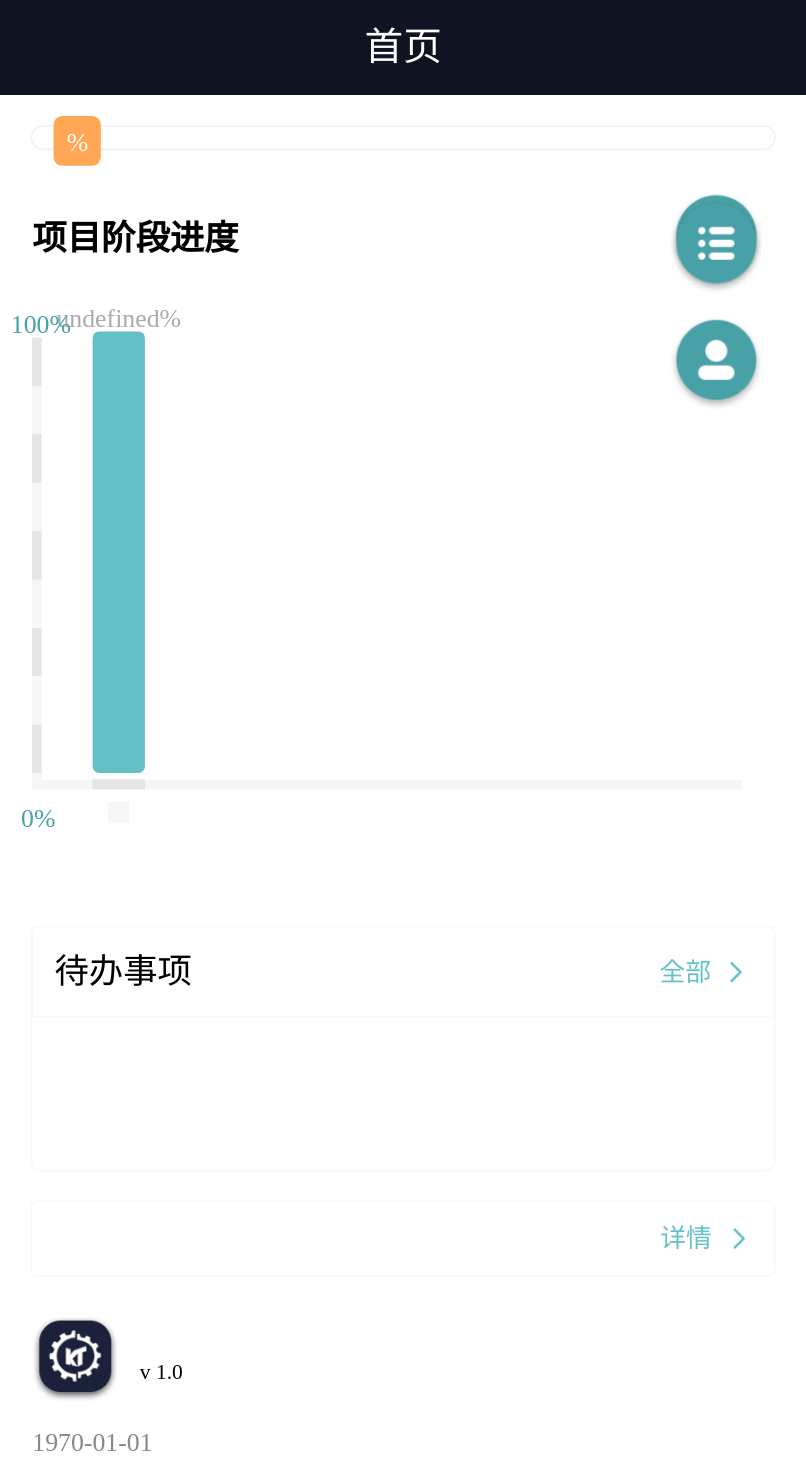
Repository: 421538074/idash.top
Page: index.html
The author's editor kept a copy of each file at every save. The page is drawn from the files as they stood at one save, then again after the next save.
The browser window is 1280 px wide. The pictures show the whole page, at 63% of full size.
The page's requests for data from a server got no answer.

Above is the page before, as saved 2019-05-20 17:21:53.

### index.html
<!DOCTYPE html>
<html lang="en">

<head>
    <meta charset="UTF-8">
    <meta content="width=device-width, initial-scale=1.0, maximum-scale=1.0, user-scalable=0;" name="viewport" />
    <meta http-equiv="X-UA-Compatible" content="ie=edge">
    <title>客户查询系统</title>
    <link rel="stylesheet" href="css/components.css">
    <link rel="stylesheet" href="css/reset.css">
    <link rel="stylesheet" href="css/index.css?v=1.0.0">
</head>

<body>
    <div id="app" v-cloak>
        <div class="index_header">
            <span>首页</span>
        </div>
        <cy-bar :num="rate +'%'"></cy-bar>
        <div class="sheet">
            <h4>项目阶段进度</h4>
            <div id="project-progress">
                <cp-cylind :percent-list="percentList" @go-detail="goDetail(arguments)"></cp-cylind>
            </div>
        </div>

        <div class="nav">
            <div class="nav_top">
                <p v-cloak>待办事项</p>
                <div class="nav_top_more" @click="projectDetail">
                    <span>全部</span>
                    <img src="img/右.png" alt="">
                </div>
            </div>
            <div class="nav_bot">
                <ul class="uu">
                    <li class="lis" v-for="(item,index) in arr">
                        <span></span>
                        <span class="liSpan" v-cloak>【{{item.process}}】<i>{{item.handle_status==1?"待处理":"完成"}}</i>-{{item.question}}</span>
                    </li>
                </ul>
                <div class="index_one">暂无待办事项</div>
            </div>
        </div>
        <div class="project-info-wrapper">
            <p class="project-title" v-cloak>{{title}}</p>
            <a href="javascript:;" @click="goInfo" class="project-detail">详情</a>
            <img src="img/右.png" class="arrow-right">
        </div>
        <div class="content">
            <div class="content_logo">
                <img src="img/logo.png" alt="">
                <span>v 1.0</span>
            </div>
            <p v-cloak>{{title}}</p>
            <p v-cloak>{{end_time | filterTime}}</p>

        </div>

        <div class="content_title" @click="requireChange">
        </div>
        <div class="content_btn">
            <p @click="goIndex"></p>
            <p @click="goUser"></p>
        </div>
    </div>
</body>
<script src="js/jquery.min.js"></script>
<script src="js/development/vue.js"></script>
<script src="js/components.js"></script>
<script src="js/api.js"></script>
<script src="js/index.js"></script>
<script src="http://res.wx.qq.com/open/js/jweixin-1.2.0.js"></script>
</html>

### css/components.css
* {
    -webkit-box-sizing: border-box;
    box-sizing: border-box;
}

[v-cloak] {
    display: none;
}

html,
body {
    font-size: calc(100vw / 25);
    background-color: #FFFFFF;
}

/**
*根组件app
*/
.container {
    padding: 1rem;
    line-height: 1rem;
}

/**
*返回键
*/
button.cp-back {
    border: none;
    background: url(../img/back1.png) no-repeat;
    background-size: 100%;
    width: 4rem;
    height: 4rem;
    display: -webkit-box;
    display: -ms-flexbox;
    display: flex;
    -webkit-box-align: center;
    -ms-flex-align: center;
    align-items: center;
    -webkit-box-pack: center;
    -ms-flex-pack: center;
    justify-content: center;
    position: fixed;
    left: 1rem;
    bottom: 1rem;
    outline: 0;
}

/**
*tab页
*/
ul.cp-tabbar {
    display: block;
    overflow-x: scroll;
    overflow-y: hidden;
    white-space: nowrap;
}

ul.cp-tabbar::-webkit-scrollbar {
    width: 0;
    height: 0;
}

li.cp-tabbar-item {
    background: #f6f6f6;
    color: #888888;
    padding: 0.8rem 1.2rem;
    border-radius: 0.5rem;
    font-size: 1rem;
    display: inline-block;
}

li.cp-tabbar-item.active {
    background: #65c0c6;
    color: #FFFFFF;
}

li.cp-tabbar-item:not(:first-child) {
    margin-left: 1rem;
}

/**
*项目列表
*/
ul.cp-list::-webkit-scrollbar {
    width: 0;
    height: 0;
}

ul.cp-list {
    height: calc(100vh - 5.2rem);
    overflow: scroll;
    margin-top: 0.2rem;
    padding: 0.2rem;
}

li.cp-list-item {
    display: -webkit-box;
    display: -ms-flexbox;
    display: flex;
    -webkit-box-align: center;
    -ms-flex-align: center;
    align-items: center;
}

img.item-icon {
    width: 2.5em;
}

li.cp-list-item.arrow-right {
    background: url(../img/arrow-right.png) no-repeat;
    background-position: 98%;
    background-size: 0.8em;
    padding: 1em 0.5em;
    -webkit-box-shadow: 0 0 4px 0 rgba(0, 0, 0, 0.20);
    box-shadow: 0 0 4px 0 rgba(0, 0, 0, 0.20);
    border-radius: 0.5em;
    margin-top: 1em;
}

li.cp-list-item:active {
    background-color: #f6f6f6;
}

p.item-title {
    font-size: 1.2em;
    padding-left: 1em;
    overflow: hidden;
    text-overflow: ellipsis;
    line-height: 1.5em;
    white-space: nowrap;
    padding-right: 1em;
}

/**
*柱形图
*/
.cp-cylind {
    width: 100%;
    height: 14em;
    position: relative;
    border: 0.3em solid #f6f6f6;
    border-top: 0;
    border-right: 0;
    border-color: #f6f6f6;
}

.cp-cylind-bottom {
    position: absolute;
    line-height: 0;
    height: 0.3em;
    bottom: -0.2em;
    width: 100%;
}

.cp-cylind-bottom-thumb {
    width: 8%;
    background-color: #e5e5e5;
    height: 100%;
    display: inline-block;
    margin-left: 6%;
}

.cp-cylind-left {
    height: 100%;
    width: 0.3em;
    position: absolute;
    left: -0.3em;
    top: 0;
}

.cp-cylind-left-thumb {
    width: 100%;
    height: 1.5em;
    margin-bottom: 1.5em;
    background: #e5e5e5;
    display: block;
}

span.cp-cylind-per-top {
    position: absolute;
    left: -1.2em;
    z-index: 11;
    top: -1em;
    color: #48A1A7;
    font-size: 0.8em;
    line-height: 1em;
}

span.cp-cylind-per-bottom {
    position: absolute;
    bottom: -2em;
    left: -0.8em;
    color: #48A1A7;
    font-size: 0.8em;
    line-height: 1em;
}

.cp-cylind-chart-scroll-container {
    height: 17em;
    top: -1em;
    position: relative;
    overflow: hidden;
    overflow-x: scroll;
    white-space: nowrap;
}

.cp-cylind-chart-item {
    display: inline-block;
    width: 10%;
    margin-left: 6%;
    height: 100%;
    text-align: center;
}

.cp-cylind-item-percent {
    height: 100%;
    background: #65C0C6;
    width: 75%;
    border-radius: 0.2em;
}

.cp-cylind-item-container {
    height: 14.5em;
    display: flex;
    flex-direction: column;
    justify-content: flex-end;
    align-items: center;
}

.cp-cylind-thumb {
    width: 75%;
    height: 0.3em;
    background: #e5e5e5;
    margin: 0 auto;
    margin-top: 0.2em;

}

.cp-cylind-chart-scroll-container::-webkit-scrollbar {
    width: 0;
    height: 0;
}

.cp-cylind-item-title {
    display: inline-block;
    background: #F6F6F6;
    padding: 0.4em;
    font-size: 0.8em;
    margin-top: 0.5em;
}

span.cp-cylind-item-percent-title {
    font-size: 0.8em;
    color: #AAAAAA;
}

span.cp-cylind-item-percent-title.not-full {
    color: #000000;
}

### css/reset.css
/* http://meyerweb.com/eric/tools/css/reset/
   v2.0 | 20110126
   License: none (public domain)
*/

html,
body,
div,
span,
applet,
object,
iframe,
h1,
h2,
h3,
h4,
h5,
h6,
p,
blockquote,
pre,
a,
abbr,
acronym,
address,
big,
cite,
code,
del,
dfn,
em,
img,
ins,
kbd,
q,
s,
samp,
small,
strike,
strong,
sub,
sup,
tt,
var,
b,
u,
i,
center,
dl,
dt,
dd,
ol,
ul,
li,
fieldset,
form,
label,
legend,
table,
caption,
tbody,
tfoot,
thead,
tr,
th,
td,
article,
aside,
canvas,
details,
embed,
figure,
figcaption,
footer,
header,
hgroup,
menu,
nav,
output,
ruby,
section,
summary,
time,
mark,
audio,
video {
	margin: 0;
	padding: 0;
	border: 0;
	font-size: 100%;
	font: inherit;
	vertical-align: baseline;
}

/* HTML5 display-role reset for older browsers */
article,
aside,
details,
figcaption,
figure,
footer,
header,
hgroup,
menu,
nav,
section {
	display: block;
}

body {
	line-height: 1;
}

ol,
ul {
	list-style: none;
}

blockquote,
q {
	quotes: none;
}

blockquote:before,
blockquote:after,
q:before,
q:after {
	content: '';
	content: none;
}

table {
	border-collapse: collapse;
	border-spacing: 0;
}




* {
	padding: 0;
	margin: 0;
	list-style: none;
}

html,
body {
	-moz-user-select: none;
	-khtml-user-select: none;
	user-select: none;
	background: white;
}

body,
html {
	font-size: calc(100vw / 3.75);
}


[v-cloak] {
	display: none;
}

### css/index.css
.index_header {
    height: 0.44rem;
    font-size: 0.18rem;
    color: white;
    text-align: center;
    line-height: 0.44rem;
    background: #0F1322;
    position: fixed;
    top: 0;
    width: 100%;
    z-index: 111;
}


/* 图表 */
.sheet {
    width: 3.6rem;
    height: 3.31rem;
}

.nav {
    width: 3.45rem;
    height: 1.13rem;
    background: rgba(255, 255, 255, 1);
    box-shadow: 0px 0px 4px 0px rgba(0, 0, 0, 0.1);
    border-radius: 0.04rem;
    margin: 0 auto;
}

.nav_top {
    height: 0.42em;
    display: flex;
    align-items: center;
    justify-content: space-between;
    border: 1px solid #F6F6F6;
}

.nav_top p {
    font-size: 0.16rem;
    font-family: PingFangSC-Medium;
    font-weight: 500;
    color: rgba(0, 0, 0, 1);
    line-height: 0.22rem;
    margin-left: 0.1rem;
}

.nav_top_more {
    font-size: 0.12rem;
    margin-right: 0.11rem;
    display: flex;
    align-items: center;
}

.nav_top_more span {
    font-size: 0.12rem;
    font-family: PingFangSC-Regular;
    font-weight: 400;
    color: rgba(101, 192, 198, 1);
    line-height: 0.17rem;
    margin-right: 0.04rem;
}

.nav_top_more img {
    width: 0.14rem;
    height: 0.14rem;
}


.nav_bot ul {
    padding: 0.1rem 0 0 0.1rem;
}

.nav_bot ul li {
    font-size: 0.14rem;
    font-family: PingFangSC-Regular;
    font-weight: 400;
    color: rgba(136, 136, 136, 1);
    line-height: 0.2rem;
    margin-bottom: 0.1rem;
    display: flex;
    align-items: center;
}

.nav_bot ul li span:nth-child(1) {
    display: inline-block;
    width: 0.08rem;
    height: 0.08rem;
    background: rgba(255, 167, 85, 1);
    border-radius: 0.02rem;
    margin-right: 0.1rem;
}

/* content */
.content {
    margin: 0.19rem 0 0 0.15rem;
}

.content_logo {
    font-size: 0.1rem;
    position: relative;
    height: 0.4rem;
}

.content_logo img {
    width: 0.4rem;
    height: 0.4rem;
    border-radius: 0.06rem;
}

.content_logo span {
    font-size: 0.1rem;
    font-family: PingFangSC-Regular;
    font-weight: 400;
    color: rgba(0, 0, 0, 1);
    line-height: 0.14rem;
    position: absolute;
    top: 0.19rem;
    left: 0.5rem;
}

.content p:nth-child(2) {
    font-size: 0.16rem;
    font-family: PingFangSC-Regular;
    font-weight: 400;
    color: rgba(0, 0, 0, 1);
    line-height: 0.25rem;
    margin-top: 0.1rem;
}

.content p:nth-child(3) {
    font-size: 0.12rem;
    font-family: PingFangSC-Regular;
    font-weight: 400;
    color: #888888;
    line-height: 0.17rem;
}

.content_pre {
    background: #ffffff;
    box-shadow: 0 0 4px 0 rgba(0, 0, 0, 0.20);
    border-radius: 0.27rem;
    width: 3.45rem;
    height: 0.1rem;
    /* position: relative; */
    /* display: flex; */

}

.content_bar {
    width: 0%;
    height: 0.1rem;
    border-radius: 0.1rem;
    background: #86d4d9;
    border-radius: 0.27rem;
    float: left;
}

.content_bot {
    display: flex;
    margin: 0.59rem 0.15rem 0.31rem 0.15rem;
}

.content_bot span {
    font-size: 0.12rem;
    font-family: PingFangSC-Medium;
    font-weight: 500;
    color: white;
    margin: 0 0 0 0.1rem;
    float: left;
    background: #ffa755;
    border-radius: 0.04rem;
    text-align: center;
    line-height: 0.2rem;
    padding: 0.02rem 0.06rem 0.01rem 0.06rem;
    position: relative;
    top: -0.05rem;
}

.content_btn {
    position: fixed;
    right: 0.2rem;
    bottom: 0.2rem;
}

.content_btn p:nth-child(1) {
    width: 0.44rem;
    height: 0.44rem;
    background: url(../img/下拉.png)no-repeat;
    background-size: 100% 100%;
}

.content_btn p:nth-child(2) {
    width: 0.44rem;
    height: 0.44rem;
    background: url(../img/个人信息.png)no-repeat;
    background-size: 100% 100%;
    margin-top: 0.1rem;
}

.content_title {
    width: 0.44rem;
    height: 0.44rem;
    background: url(../img/文件.png)no-repeat;
    background-size: 100% 100%;
    position: fixed;
    right: 0.2rem;
    top: 0.89rem;
}


div#project-progress {
    font-size: calc(100vw / 25);
    padding: 1em;
}

.sheet h4 {
    font-size: 0.16rem;
    font-family: PingFangSC-Medium;
    font-weight: 600;
    color: rgba(0, 0, 0, 1);
    line-height: 0.22rem;
    margin: 0 0 0.2rem 0.15rem;
}

.uu .lis .liSpan i {
    color: red;
}

.liSpan {
    width: 2.5rem;
    overflow: hidden;
    text-overflow: ellipsis;
    white-space: nowrap;
}


.index_one {
    font-size: 0.16rem;
    color: gray;
    text-align: center;
    margin-top: 0.22rem;
    display: none;
}


.infor {
    font-family: PingFangSC-Regular;
    font-size: 0.12rem;
    color: #ffffff;
    text-align: left;
    background: #ffa755;
    border-radius: 0.04rem;
    padding: 0.02rem 0.06rem;
    margin-right: 0.07rem;
}
.project-info-wrapper {
    display: flex;
    align-items: center;
    justify-content: space-between;
    box-shadow: 0px 0px 4px 0px rgba(0, 0, 0, 0.1);
    padding: 0.1rem;
    margin: 0.15rem;
    border-radius: 0.02rem;
}
p.project-title {
    color: #000000;
    font-size: 0.16rem;
}
a.project-detail {
    font-size: 0.12rem;
    font-family: PingFangSC-Regular;
    font-weight: 400;
    color: rgba(101, 192, 198, 1);
    line-height: 0.17rem;
    margin-right: 0.04rem;
    text-decoration: none;
    position: absolute;
    right: 0.4rem;
}
img.arrow-right {
    width: 0.14rem;
    height: 0.14rem;
}

### js/components.js
//返回键
const backButton = {
    name: 'cp-back',
    template: `
        <button class="cp-back" @click="goBack"></button>
    `,
    methods: {
        goBack() {
            history.go(-1);
        }
    }
};

//tab页
const tabBar = {
    name: 'cp-tabbar',
    props: ['bar-list'],
    template: `
        <ul class="cp-tabbar">
            <li v-for="(item,index) in barList" v-cloak :key="item.id" @click="switchTab(index,item.id)" :class="{'cp-tabbar-item':true,active:index == currentIndex}"> {{item.process}} </li>
        </ul>
    `,
    data() {
        return {
            currentIndex: 0,
        }
    },
    methods: {
        switchTab(index, id) {
            console.log(index)
            if (index != this.currentIndex) {
                this.currentIndex = index;
                this.$emit('get-list', id);
            }
        }
    },
    created() {
        if (sessionStorage.getItem('numId') == null) {
            this.currentIndex = 0
        } else {
            this.currentIndex = sessionStorage.getItem('numId')
        }

    }
}


//列表
const itemList = {
    name: 'cp-itemlist',
    props: ['item-list', 'icon'],
    template: `
        <ul class="cp-list">
            <li @click="getDetail(item.id,$event)" v-for="(item,index) in itemList" class="cp-list-item arrow-right">
                <img :src="icon" class="item-icon"/>
                <p v-cloak class="item-title">{{item.title}}</p>
            </li>
        </ul>
    `,
    data() {
        return {
            tempList: this.itemList
        }
    },
    methods: {
        getDetail(itemId) {

        }
    },
    watch: {
        tempList() {
            this.$emit('scroll-to-top', document.querySelector('.cp-list'));
        }
    },
}

//柱形图
const cylindricalGraph = {
    name: 'cp-cylind',
    props: ['percentList'],
    template: `
        <div class="cp-cylind">
            <span class="cp-cylind-per-top">100%</span>
            <div class="cp-cylind-chart-scroll-container">
                <div class="cp-cylind-chart-item" v-for="(item,index) in percentList">
                    <div class="cp-cylind-item-container">
                        <span class="cp-cylind-item-percent-title" :class="{'not-full':parseInt(item.percent) < 100}" v-cloak>{{item.percent+'%'}}</span>
                        <div class="cp-cylind-item-percent" :style="item.percent+'%' | filterHeight"></div>
                    </div>
                    <div class="cp-cylind-thumb"></div>
                    <div @click="goDetail(item.id,index)" class="cp-cylind-item-title" v-cloak>{{item.process}}</div>
                </div>
            </div>
            <div class="cp-cylind-left">
                <div v-for="n in 5" class="cp-cylind-left-thumb"></div>
            </div>
            <span class="cp-cylind-per-bottom">0%</span>
        </div>
    `,
    data() {
        return {

        }
    },
    methods: {
        goDetail(id, index) {
            this.$emit("go-detail", id, index)
        }
    },
    filters: {
        filterHeight(chartHeight) {
            if (chartHeight == '0%') {
                chartHeight = '2%';
            }
            return {
                height: `${chartHeight}`
            }
        }
    }
}





// 进度条
const projectBar = {
    name: 'cy-bar',
    props: ['num'],
    template: `
    <div class="content_bot">
        <div class="content_pre">
            <div class="content_bar"  :style="num | filterWidth"></div>
            <span>{{num}}</span>
        </div>
    </div>
    `,
    data() {
        return {}
    },
    filters: {
        filterWidth(chartWidth) {
            if (chartWidth == '0%') {
                chartWidth = '0%';
            }
            return {
                width: `${chartWidth}`
            }
        }
    }
}


// indexList
const Bar = {
    name: 'cy-bar',
    props: ['bar'],
    template: `
    <div class="process_wrap">
        <div class="process">
            <div class="bar"  :style="bar | filterWidth"></div>
            <span class="per">{{bar}}</span>
        </div>
    </div>
    `,
    data() {
        return {}
    },
    filters: {
        filterWidth(chartWidth) {
            if (chartWidth == '0%') {
                chartWidth = '0%';
            }
            return {
                width: `${chartWidth}`
            }
        }
    },
}



// projectDetail
const project = {
    name: 'cy-project',
    props: ['bar'],
    template: `
    <div class="project_per">
            <div class="bar"  :style="bar | filterWidth"></div>
            <span >{{bar}}</span>
    </div>
    `,
    data() {
        return {}
    },
    filters: {
        filterWidth(chartWidth) {
            if (chartWidth == '0%') {
                chartWidth = '0%';
            }
            return {
                width: `${chartWidth}`
            }
        }
    },
}



























































//===================================other functoin=====================================
/**
 * 滚动到顶部方法
 */
function scrollToTop(e) {
    const scrollTop = e.scrollTop;
    const interval = setInterval(function () {
        if (e.scrollTop <= 0) {
            clearInterval(interval);
            return;
        }
        e.scrollTop -= scrollTop / 5;
    }, 20);
}

### js/api.js
var api = "http://program.pzhkj.cn/index/api/kangtian"





function getUrlKey(name) {
    return decodeURIComponent((new RegExp('[?|&]' + name + '=' + '([^&;]+?)(&|#|;|$)').exec(location.href) || [, ""])[1].replace(/\+/g, '%20')) || null
}

### js/index.js
var xm = new Vue({
    el: "#app",
    data: {
        id: '',
        title: '',
        start_time: '',
        end_time: '',
        demand: '',
        graph: '',
        design: '',
        fronted: '',
        backer: '',
        test: '',
        check: '',
        percentList: ['aaaaaaaa'],
        rate: '',
        arr: '',
        staus: ['需求', '原型', '设计', '前端', '后台', '测试', '验收']
    },
    methods: {
        goUser() {
            window.location.href = "userInfo.html"
        },
        goIndex() {
            window.location.href = "indexList.html"
        },
        projectDetail() {
            var Pid = this.percentList[0].id
            if (getUrlKey('program_id') == null) {
                this.program_id = 10
            } else {
                this.program_id = getUrlKey('program_id')
            }
            window.location.href = `projectDetail.html?program_id=${this.program_id}&process_id=${Pid}`
        },
        requireChange() {
            if (getUrlKey('program_id') == null) {
                this.program_id = 10
            } else {
                this.program_id = getUrlKey('program_id')
            }
            window.location.href = `projectDetail1.html?program_id=${this.program_id}`
        },

        goDetail(id) {
            var process_id = id[0]
            var ids = id[1]
            sessionStorage.setItem('numId', ids)
            console.log(id[1])
            window.location.href = `projectDetail.html?program_id=${this.program_id}&process_id=${process_id}`
        },
        goInfo() { //跳转项目信息
            window.location.href = "info.html?program_id=" + getUrlKey('program_id')
        }
    },
    components: {
        "cp-cylind": cylindricalGraph,
        "cy-bar": projectBar,
    },
    filters: {
        filterTime(time) {
            var date = new Date(time * 1000);
            var year = date.getFullYear();
            var month = date.getMonth() + 1;
            var day = date.getDate();
            if (month < 10) {
                month = "0" + month;
            }
            if (day < 10) {
                day = "0" + day;
            }
            return year + "-" + month + "-" + day;
        }
    },
    created() {
        if (getUrlKey('program_id') == null) {
            this.program_id = 10
        } else {
            this.program_id = getUrlKey('program_id')
        }
        var that = this
        $.ajax({
            type: "post",
            url: `${api}/index/api/myProgram`,
            async: true,
            data: {
                program_id: this.program_id,
            },
            dataType: 'json',
            success: function (res) {
                console.log(res)
                that.percentList = res.data.process  //需求

                that.arr = res.data.backlog
                that.title = res.data.title
                that.start_time = res.data.start_time
                that.end_time = res.data.end_time
                that.demand = res.data.demand
                that.graph = res.data.graph
                that.design = res.data.design
                that.fronted = res.data.fronted
                that.backer = res.data.backer
                that.test = res.data.test
                that.check = res.data.check
                if (that.demand == null && that.graph == null &&
                    that.design == null && that.fronted == null &&
                    that.backer == null && that.test == null &&
                    that.check == null
                ) {
                    that.demand = 0
                    that.graph = 0
                    that.design = 0
                    that.fronted = 0
                    that.backer = 0
                    that.test = 0
                    that.check = 0
                }
                that.rate = res.data.rate

                if (that.content == '' || null) {
                    $('.lis').css("display", "none")
                }
                if (that.question == '' || null) {
                    $('.lis1').css("display", "none")
                }
                if (res.data.backlog.length == 0) {
                    $('.index_one').css("display", "block")
                }

            },
            error: function (res) {
                console.log(res)
            }
        });
    }
})

Loaded but not shown: js/jquery.min.js (library); js/development/vue.js (library)

After the next save:
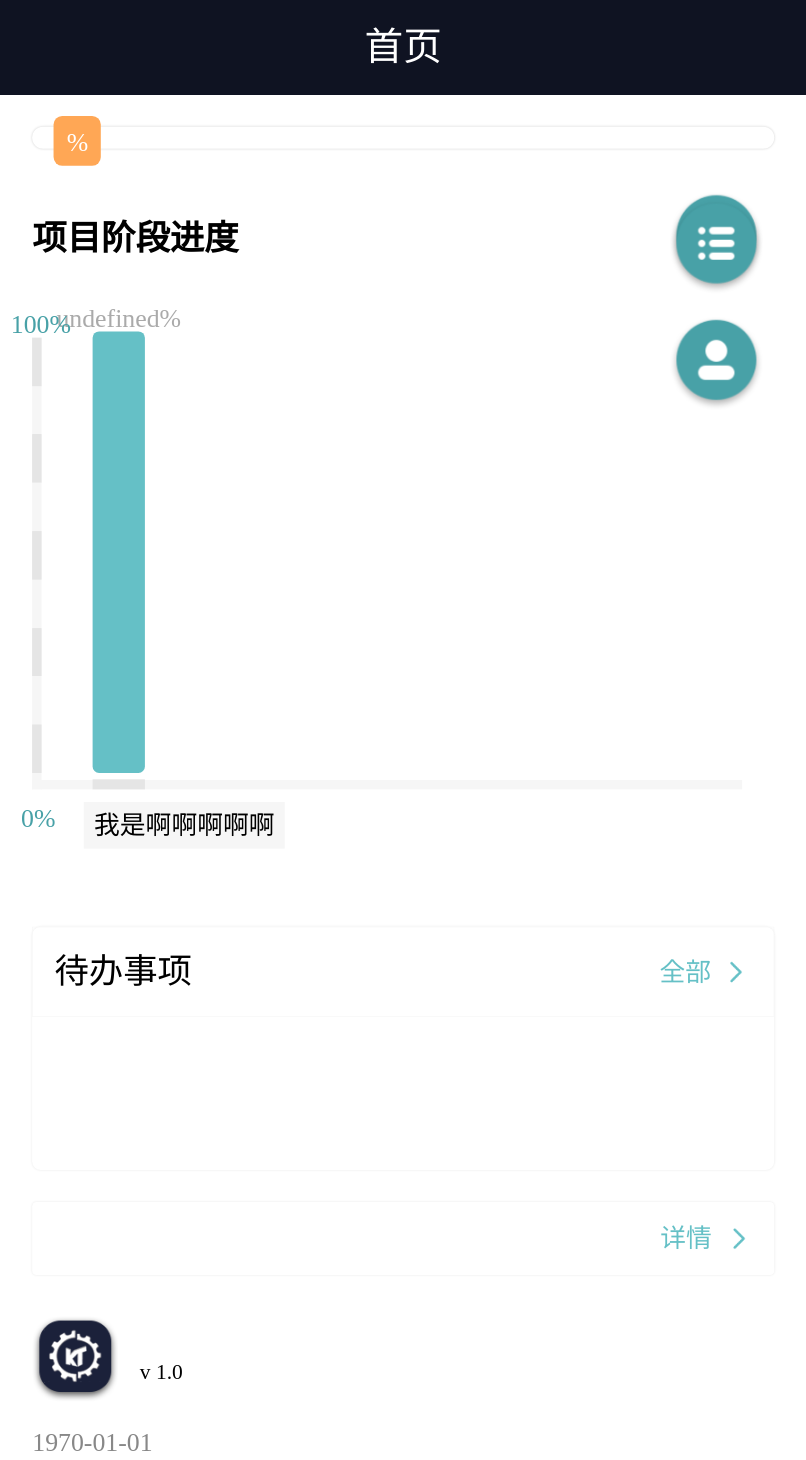
Saved 117 s later.
--- a/js/index.js
+++ b/js/index.js
@@ -12,7 +12,7 @@ var xm = new Vue({
         backer: '',
         test: '',
         check: '',
-        percentList: ['aaaaaaaa'],
+        percentList: [{process:'我是啊啊啊啊啊'}],
         rate: '',
         arr: '',
         staus: ['需求', '原型', '设计', '前端', '后台', '测试', '验收']
